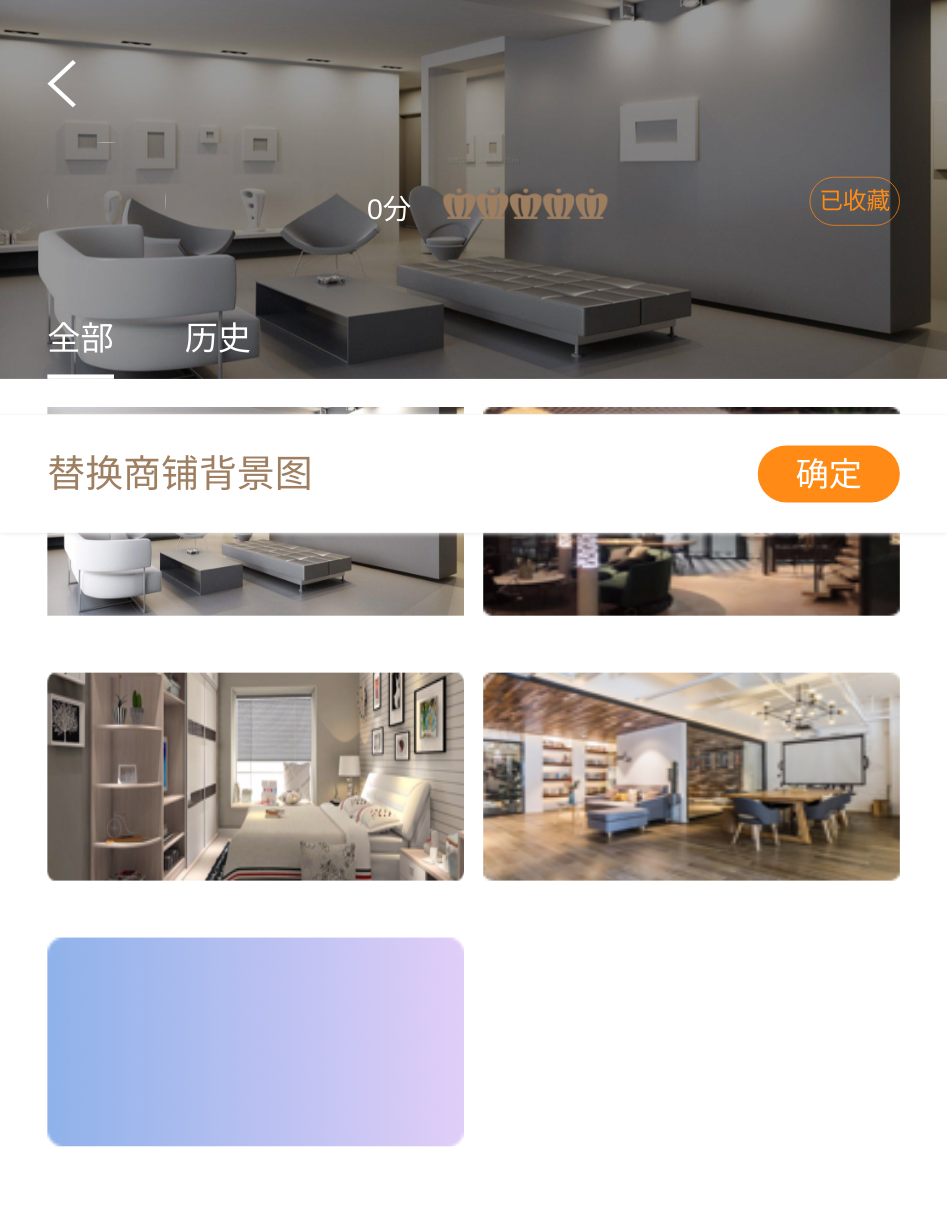
Repository: missing-star/rockBridge
Page: shop-set-bg.html
These files come from the project's save history. The page is drawn as it stood at one moment and after the next save; the edit follows.
The browser window is 1280 px wide. The pictures show the whole page, at 74% of full size.

Above is the page before, as saved 2019-05-16 18:07:27.

After the next save:
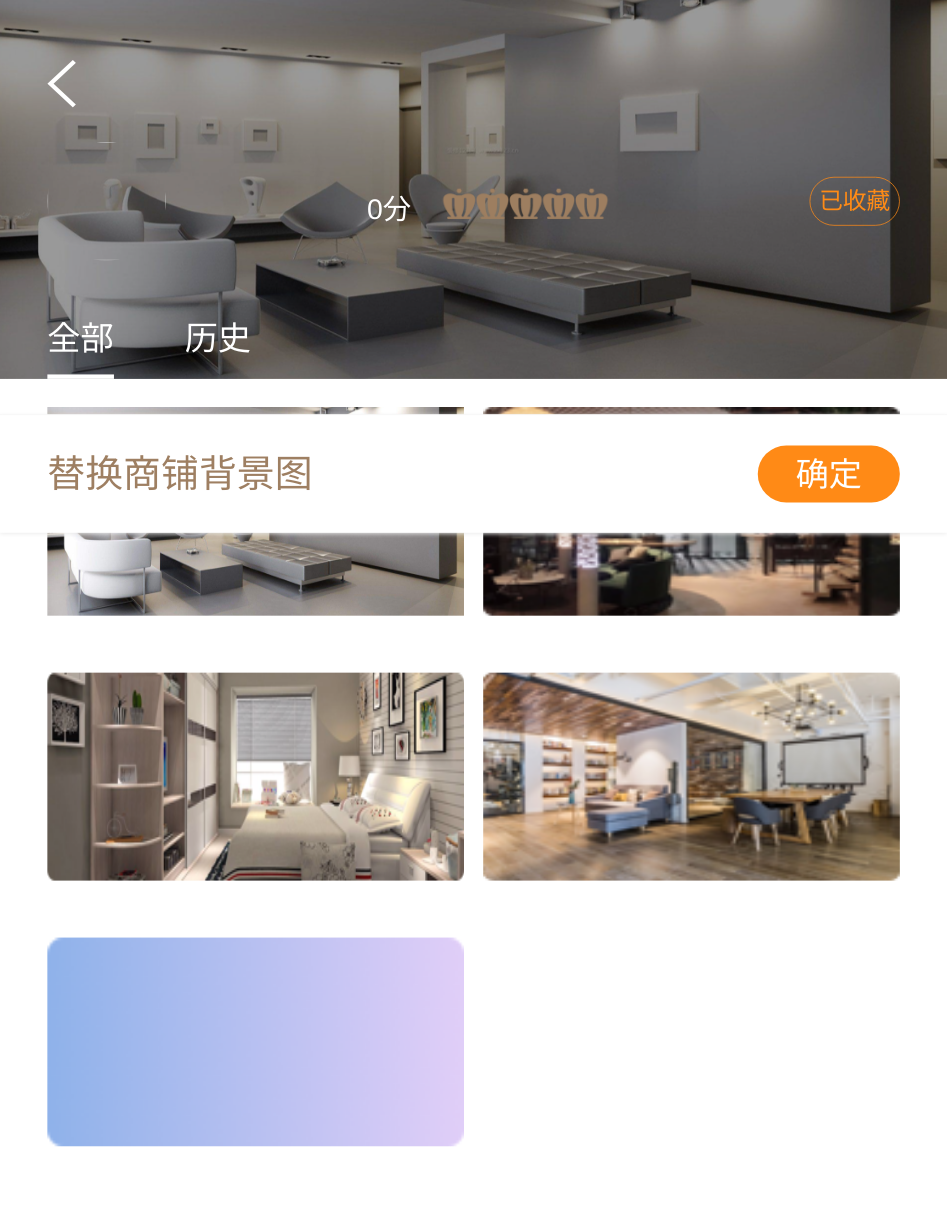
Saved 50 s later.
--- a/js/shop-set-bg.js
+++ b/js/shop-set-bg.js
@@ -24,7 +24,8 @@ var vm = new Vue({
     computed: {
         currentBg:function() {
             return {
-                backgroundImage:`url(bg/${this.bgList[this.currentBgIndex]}.png)`
+                backgroundImage:`url(bg/${this.bgList[this.currentBgIndex]}.png)`,
+                backgroundSize:'100% 100%'
             }
         }
 
